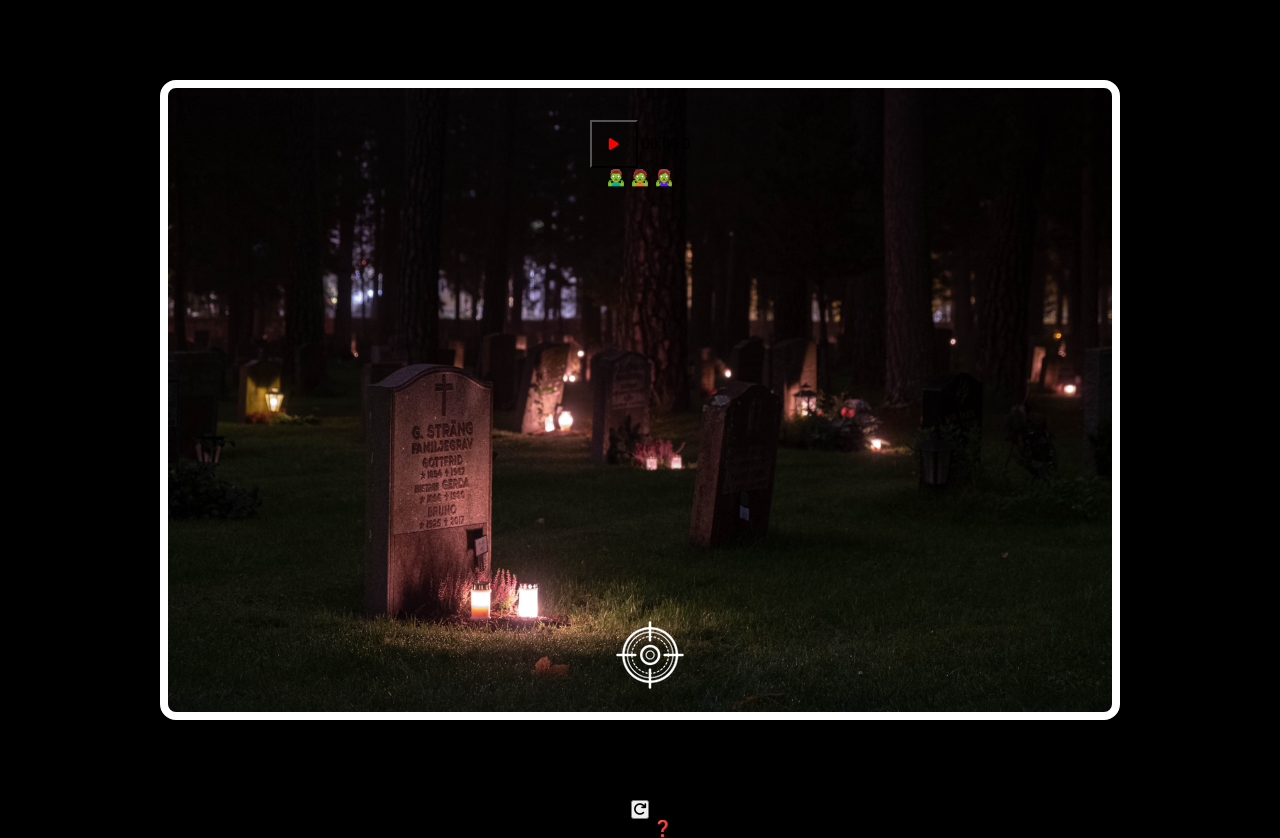
Repository: MrJinkyu/ZombieGame
Page: index.html
An editor plug-in stored every save of this project. The page is shown before and after the next save, followed by the edit.
The browser window is 1280 px wide. The pictures show the whole page.
Some web libraries are served in a nearby version.

Above is the page before, as saved 2023-04-08 21:57:24.

### index.html
<!DOCTYPE html>
<html lang="en">
<head>
    <meta charset="UTF-8">
    <meta http-equiv="X-UA-Compatible" content="IE=edge">
    <meta name="viewport" content="width=device-width, initial-scale=1.0">
    <title>Zombie Game</title>
    <link rel="stylesheet" href="style.css">
    <script src="main.js" defer></script>
    <script src="https://kit.fontawesome.com/83424fe51a.js" crossorigin="anonymous"></script>
</head>
<body>
    <section class="game">
        <img src="img/target.png" alt="target" class="game__target">
        <button class="game__btn">
            <i class="fa-sharp fas fa-play"></i>
        </button>
        <span class="game__timer">00:00</span>
        <span class="game__score">0</span>
        <section class="game__field">
            <span id="zombie1" class="zombie">🧟‍♂️</span>
            <span id="zombie2" class="zombie">🧟</span>
            <span id="zombie3" class="zombie">🧟‍♀️</span>
        </section>
    </section>
    <section class="pop-up">
        <button class="pop-up__refresh">
            <i class="fa fa-rotate-right"></i>
        </button>
        <div class="pop-up__message">Replay❓</div>
    </section>
</body>
</html>

### style.css
*{
    box-sizing: border-box;
    margin: 0;
    padding: 0;
}

body{
    text-align: center;
    background-color: black;
}

.game{
    background: url('img/background.jpg') center/cover;
    margin: 5rem auto;
    width: 60rem;
    height: 40rem;
    border: 0.5rem solid white;
    border-radius: 1rem;
    text-align: center;
}

.game__target{
    position: absolute;
    bottom: 5px;
}

.game__btn{
    margin-top: 2rem;
    width: 3rem;
    height: 3rem;
    background-color: transparent;
    color: red;
}

Loaded but not shown: main.js (no copy from this time; the picture is the same without it)

After the next save:
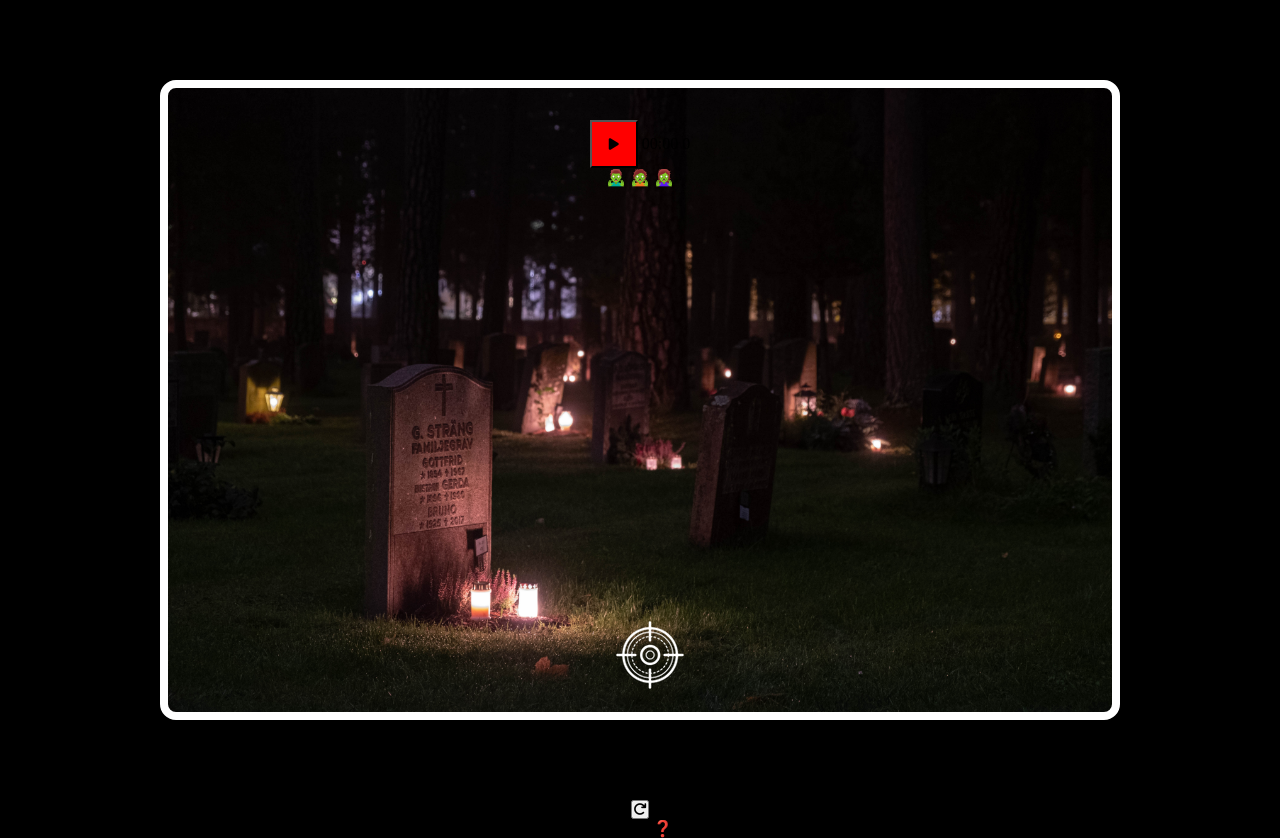
Saved 16 s later.
--- a/style.css
+++ b/style.css
@@ -28,6 +28,6 @@ body{
     margin-top: 2rem;
     width: 3rem;
     height: 3rem;
-    background-color: transparent;
-    color: red;
+    background-color: red;
+    color: black;
 }
